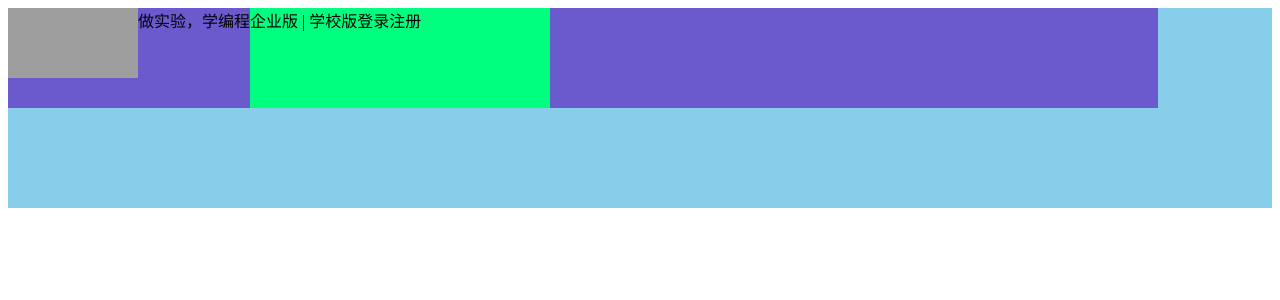
Repository: wuguozheng/xxbb
Page: /
The author's editor kept a copy of each file at every save. The page is drawn from the files as they stood at one save, then again after the next save.
The browser window is 1280 px wide. The pictures show the whole page.
Pictures or frames that could not be fetched are drawn as grey boxes. The project was rebuilt for these pictures with package versions that can differ from the ones it lists, and the page was loaded fresh each time.

Above is the page before, as saved 2020-06-01 11:54:17.

### src/App.vue
<template>
  <div id="app">

    <router-view/>
  </div>
</template>

<style lang="scss">

</style>

### src/views/Home.vue
<template>
 <div>
    <mxs1></mxs1>
 </div>
</template>

<script>
import Mxs1 from '../components/home/Mxs1'
 export default {
   name: '',
   props: {
   },
   components: {
     Mxs1,
   },
   data () {
     return {

     }
   },
   methods: {

   },
   mounted() {

   },
   watch: {

   },
   computed: {

   }
 }
</script>

<style scoped lang='scss'>

</style>

### src/components/home/Mxs1.vue
<template>
 <div>
   <div class="rap">
     <div class="rap-1">
       <img data-v-7629dae3="" src="https://static.shiyanlou.com/frontend/dist/img/9f43b00.svg" alt="实验楼" width="130" height="70">
       <div>做实验，学编程</div>
       <div class="rap-2">
         <div>企业版 | 学校版</div>
         <div>登录</div>
         <div class="">注册</div>
       </div>
     </div>
   </div>
 </div>
</template>

<script>

 export default {
   name: '',
   props: {
   },
   components: {

   },
   data () {
     return {

     }
   },
   methods: {

   },
   mounted() {

   },
   watch: {

   },
   computed: {

   }
 }
</script>

<style scoped lang='scss'>
.rap {
  width: 100%;
  height: 200px;
  background: skyblue;
}
.rap-1 {
  width: 1150px;
  height: 100px;
  background: slateblue;
  display: flex;
}
.rap-2 {
  display: flex;
  width: 300px;
  height: 100px;
  background: springgreen;
}
</style>

Loaded but not shown: src/main.js (common file); src/router/index.js (common file); src/store/index.js (common file)

After the next save:
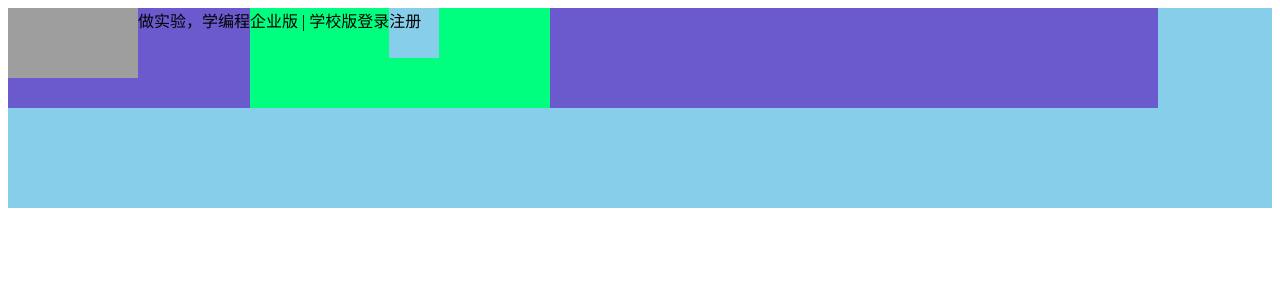
Saved 4 min 30 s later.
--- a/src/components/home/Mxs1.vue
+++ b/src/components/home/Mxs1.vue
@@ -7,7 +7,7 @@
        <div class="rap-2">
          <div>企业版 | 学校版</div>
          <div>登录</div>
-         <div class="">注册</div>
+         <div class="timi">注册</div>
        </div>
      </div>
    </div>
@@ -61,4 +61,10 @@
   height: 100px;
   background: springgreen;
 }
+.timi {
+  width: 50px;
+  height: 50px;
+  background: skyblue;
+
+}
 </style>
